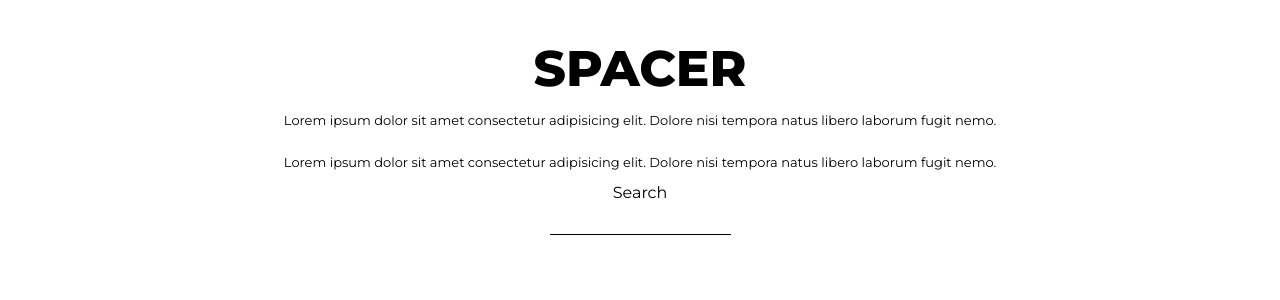
Repository: Trelefele/spacer-roman
Page: /
These files come from the project's save history. The page is drawn as it stood at one moment and after the next save; the edit follows.
The browser window is 1280 px wide. The pictures show the whole page.
The project was rebuilt for these pictures with package versions that can differ from the ones it lists, and the page was loaded fresh each time.

Above is the page before, as saved 2019-02-03 18:09:44.

### public/index.html
<!DOCTYPE html>
<html lang="en">
  <head>
    <meta charset="utf-8">
    <meta http-equiv="X-UA-Compatible" content="IE=edge">
    <meta name="viewport" content="width=device-width,initial-scale=1.0">
    <link rel="icon" href="<%= BASE_URL %>favicon.ico">
    <!-- <script src="https://unpkg.com/axios/dist/axios.min.js"></script> -->
    <title>spacer-roman</title>
  </head>
  <body>
    <noscript>
      <strong>We're sorry but spacer-roman doesn't work properly without JavaScript enabled. Please enable it to continue.</strong>
    </noscript>
    <div id="app"></div>
    <!-- built files will be auto injected -->
  </body>
</html>

### src/App.vue
<template>
  <div class="app">
    <router-view/>
  </div>
</template>

<style lang="scss" scoped >
@import url('https://fonts.googleapis.com/css?family=Montserrat:300,400,600,800');

* {
  box-sizing: border-box;
  font-family: 'Montserrat', sans-serif;
}

</style>

### src/router.js
import Vue from 'vue';
import Router from 'vue-router';
// import Home from './views/Home.vue';
import Search from './views/Search.vue';


Vue.use(Router);

export default new Router({
//   mode: 'history',
//   base: process.env.BASE_URL,
  routes: [
    {
      path: '/',
      name: 'Search',
      component: Search,
    },
  ],
});

### src/views/Search.vue
<template>
  <div class="searchWrapper">
    <Claim/>
  <div class="search"></div>
    <label for="search">Search</label>
    <input
      id="search"
      name="search"
      v-model="searchValue"
      @input="handleInput"
      />

  </div>
</template>

<script>
import axios from 'axios';
import debounce from 'lodash.debounce';
import Claim from '@/components/Claim.vue';

const API = 'https://images-api.nasa.gov/search';

export default {
  name: 'Search',
  components: {
    Claim,
  },
  data() {
    return {
      searchValue: '',
      results: [],
    };
  },
  methods: {
    // eslint-disable-next-line
    handleInput: debounce(function(){
      axios.get(`${API}?q=${this.searchValue}&media_type=image`)
        .then((response) => {
          // this.results = response.data.collection.items;
          this.results = response.data.collection.items;
        })
        .catch((error) => {
          console.log(error);
        });
    }, 500),
  },
};
</script>

<style lang="scss" scoped>
    .searchWrapper {
        display: flex;
        flex-direction: column;
        align-items: center;
        margin: 0;
        padding: 30px;
        width: 100%
    }
    .search {
        display: flex;
        flex-direction: column;
        width: 250px;
    }
    label {
    }
    input {
      height: 30px;
      border: 0;
      border-bottom: 1px solid black;
    }
</style>

### src/components/Claim.vue
<template>
    <div class="claimWrapper">
        <h1 class="claim">SPACER</h1>
        <p class="subclaim">
            Lorem ipsum dolor sit amet consectetur adipisicing elit.
            Dolore nisi tempora natus libero laborum fugit nemo.
        </p>
        <p class="subclaim">
            Lorem ipsum dolor sit amet consectetur adipisicing elit.
            Dolore nisi tempora natus libero laborum fugit nemo.
        </p>
    </div>
</template>

<script>

export default {
  name: 'Claim',
};

</script>

<style lang="scss" scoped>

* {
  box-sizing: border-box;
  -webkit-font-smoothing: antialiased;
  -moz-osx-font-smoothing: grayscale;
}


.claimWrapper{
    display: flex;
    flex-direction: column;
    justify-content: center;
    align-items: center;
}

.claim{
    font-size: 50px;
    margin: 0;
}

.subclaim{
    padding-top:  0 0 0;
    font-size: 13px;
}
</style>

Loaded but not shown: src/main.js (common file)

After the next save:
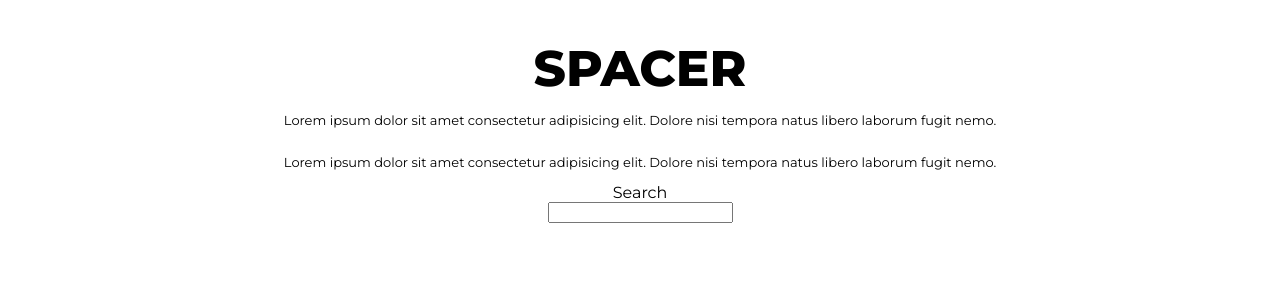
Saved 8 min 48 s later.
--- a/src/views/Search.vue
+++ b/src/views/Search.vue
@@ -56,16 +56,4 @@ export default {
         padding: 30px;
         width: 100%
     }
-    .search {
-        display: flex;
-        flex-direction: column;
-        width: 250px;
-    }
-    label {
-    }
-    input {
-      height: 30px;
-      border: 0;
-      border-bottom: 1px solid black;
-    }
 </style>
